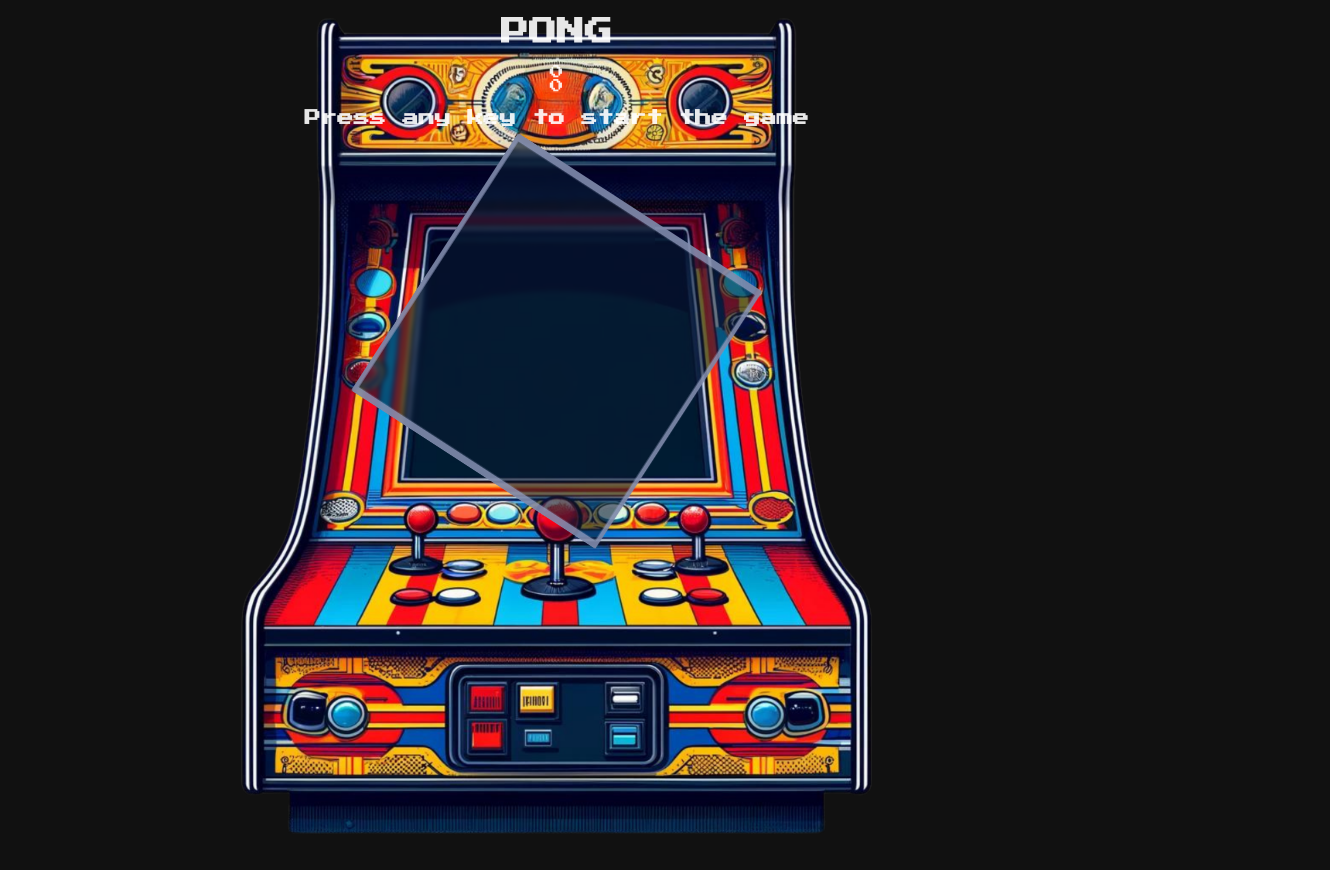
Repository: gogg23/pong-game
Page: index.html
An editor plug-in stored every save of this project. The page is shown before and after the next save, followed by the edit.
The browser window is 1280 px wide. The page is 1529 px wide, so the pictures cover 1529 px, including what lies to the right of the window. The pictures show the whole page, at 87% of full size.

Above is the page before, as saved 2024-10-12 11:16:19.

After the next save:
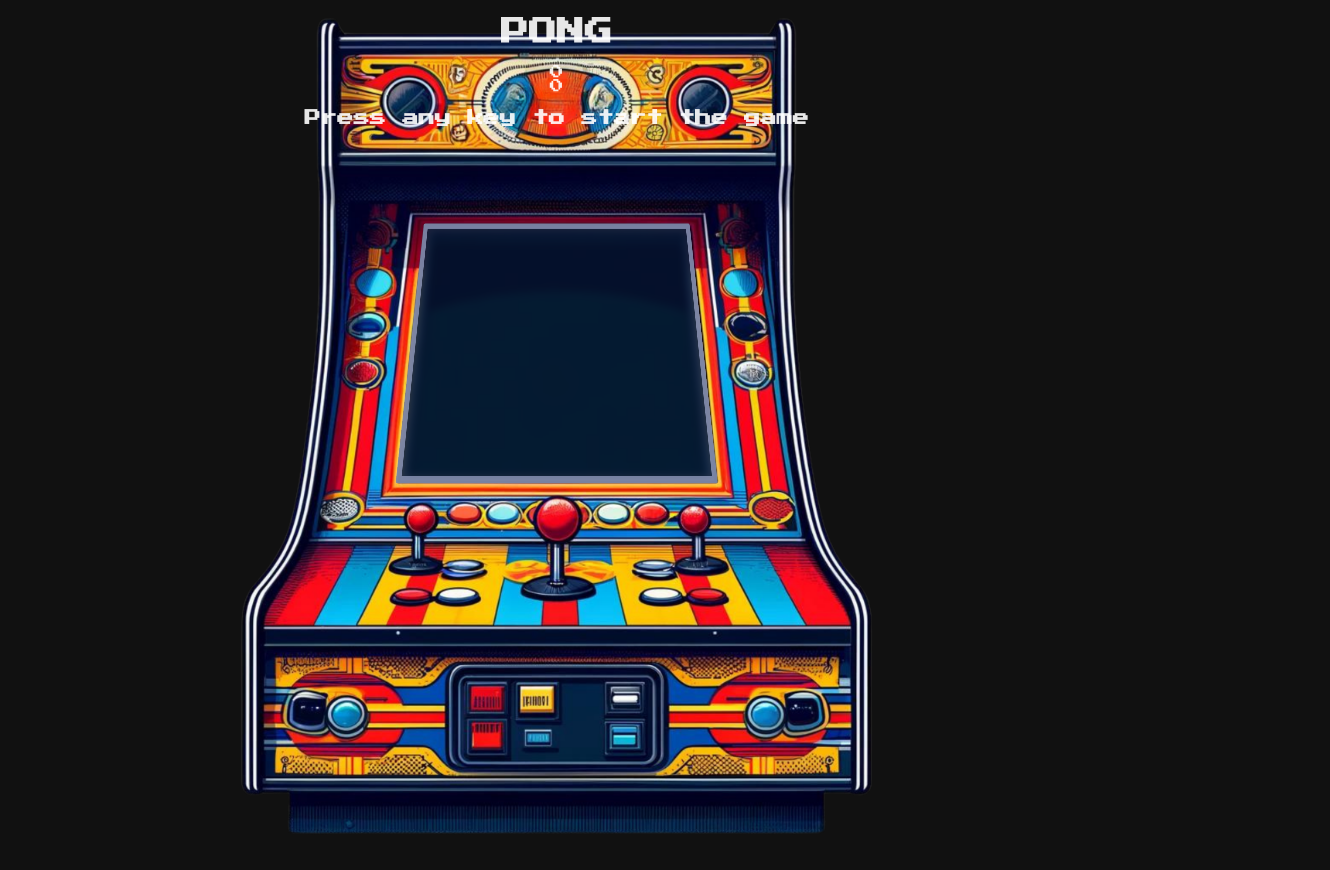
Saved 2 min 43 s later.
--- a/styles.css
+++ b/styles.css
@@ -19,7 +19,7 @@
   border: #919bbec7 10px solid;
   border-radius: 4px;
   backdrop-filter: blur(4px);
-  transform: perspective(1000px) rotate(33deg) scaleX(0.54) scaleY(0.84);
+  transform: perspective(1000px) rotateX(33deg) scaleX(0.54) scaleY(0.84);
 }
 
 .bg {
